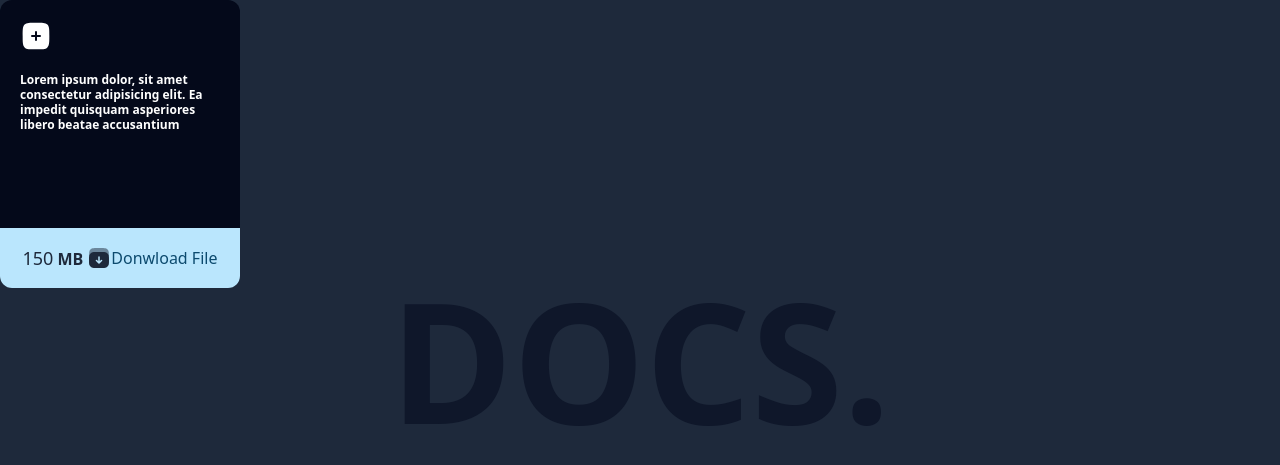
Repository: aliakbarmotallebi/framer-react
Page: /
An editor plug-in stored every save of this project. The page is shown before and after the next save, followed by the edit.
The browser window is 1280 px wide. The pictures show the whole page.
The project was rebuilt for these pictures with package versions that can differ from the ones it lists, and the page was loaded fresh each time.

Above is the page before, as saved 2024-08-14 22:30:28.

### src/App.js
import React from "react";
import Background from "./components/Background";
import Card from "./components/Card";

function App() {
  return (
    <div className="relative h-screen w-full bg-slate-800">
      <Background />
      <Card />
    </div>
  );
}

export default App;

### src/components/Background.jsx
import React from "react";

function Background() {
    return <h1 className="absolute left-1/2 top-1/2 -translate-x-[50%] -translate-y-[50%] text-[13vw] font-semibold text-slate-900">
    DOCS.
  </h1>
}

export default Background;

### src/components/Card.jsx
import React, { Component } from 'react';

class Card extends Component {
    render() {
        return (
            <div className="w-60 h-72 rounded-xl bg-slate-950/90 p-5 text-white relative overflow-hidden">
                <svg xmlns="http://www.w3.org/2000/svg" className="w-8 h-8" viewBox="0 0 24 24"><path fill="currentColor" fill-rule="evenodd" d="M12 22c-4.714 0-7.071 0-8.536-1.465C2 19.072 2 16.714 2 12s0-7.071 1.464-8.536C4.93 2 7.286 2 12 2s7.071 0 8.535 1.464C22 4.93 22 7.286 22 12s0 7.071-1.465 8.535C19.072 22 16.714 22 12 22m0-13.75a.75.75 0 0 1 .75.75v2.25H15a.75.75 0 0 1 0 1.5h-2.25V15a.75.75 0 0 1-1.5 0v-2.25H9a.75.75 0 0 1 0-1.5h2.25V9a.75.75 0 0 1 .75-.75" clip-rule="evenodd"/></svg>
                <p className="text-xs leading-tight mt-5 font-semibold">
                    Lorem ipsum dolor, sit amet consectetur adipisicing elit. Ea impedit quisquam asperiores libero beatae accusantium
                </p>

                <div className="footer absolute bottom-0 bg-sky-200 w-full py-2 left-0 text-center">
                    <button className="text-sky-900 p-2 font-medium">
                        <div className="flex justify-between items-center w-full px-2">
                            <p className="text-slate-800 text-lg">
                                150
                                <span className="font-bold px-1 text-base">
                                    MB
                                </span>
                            </p>
                            <svg xmlns="http://www.w3.org/2000/svg" className="w-6 h-6 text-slate-800 " viewBox="0 0 24 24"><path fill="currentColor" d="M12 2c4.713 0 7.07 0 8.535 1.464c.757.758 1.123 1.754 1.3 3.192V10H2.164V6.656c.176-1.438.541-2.434 1.299-3.192C4.928 2 7.285 2 11.999 2" opacity="0.5"/><path fill="currentColor" fill-rule="evenodd" d="M2 14c0-2.8 0-4.2.545-5.27A5 5 0 0 1 4.73 6.545C5.8 6 7.2 6 10 6h4c2.8 0 4.2 0 5.27.545a5 5 0 0 1 2.185 2.185C22 9.8 22 11.2 22 14s0 4.2-.545 5.27a5 5 0 0 1-2.185 2.185C18.2 22 16.8 22 14 22h-4c-2.8 0-4.2 0-5.27-.545a5 5 0 0 1-2.185-2.185C2 18.2 2 16.8 2 14m10.75-3a.75.75 0 0 0-1.5 0v4.19l-1.22-1.22a.75.75 0 1 0-1.06 1.06l2.5 2.5a.75.75 0 0 0 1.06 0l2.5-2.5a.75.75 0 1 0-1.06-1.06l-1.22 1.22z" clip-rule="evenodd"/></svg>
                            Donwload File
                        </div>
                    </button>
                </div>
            </div>
        );
    }
}

export default Card;

Loaded but not shown: public/index.html (common file); src/index.js (common file); src/index.css (common file); tailwind.config.js (common file)

After the next save:
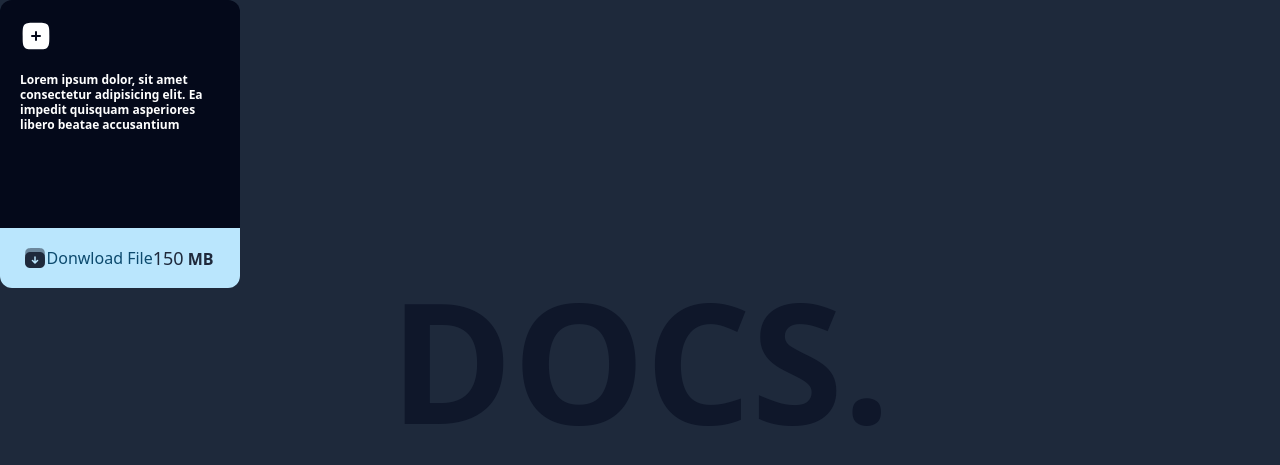
Saved 34 s later.
--- a/src/components/Card.jsx
+++ b/src/components/Card.jsx
@@ -11,16 +11,16 @@ class Card extends Component {
 
                 <div className="footer absolute bottom-0 bg-sky-200 w-full py-2 left-0 text-center">
                     <button className="text-sky-900 p-2 font-medium">
-                        <div className="flex justify-between items-center w-full px-2">
-                            <p className="text-slate-800 text-lg">
-                                150
-                                <span className="font-bold px-1 text-base">
-                                    MB
-                                </span>
-                            </p>
-                            <svg xmlns="http://www.w3.org/2000/svg" className="w-6 h-6 text-slate-800 " viewBox="0 0 24 24"><path fill="currentColor" d="M12 2c4.713 0 7.07 0 8.535 1.464c.757.758 1.123 1.754 1.3 3.192V10H2.164V6.656c.176-1.438.541-2.434 1.299-3.192C4.928 2 7.285 2 11.999 2" opacity="0.5"/><path fill="currentColor" fill-rule="evenodd" d="M2 14c0-2.8 0-4.2.545-5.27A5 5 0 0 1 4.73 6.545C5.8 6 7.2 6 10 6h4c2.8 0 4.2 0 5.27.545a5 5 0 0 1 2.185 2.185C22 9.8 22 11.2 22 14s0 4.2-.545 5.27a5 5 0 0 1-2.185 2.185C18.2 22 16.8 22 14 22h-4c-2.8 0-4.2 0-5.27-.545a5 5 0 0 1-2.185-2.185C2 18.2 2 16.8 2 14m10.75-3a.75.75 0 0 0-1.5 0v4.19l-1.22-1.22a.75.75 0 1 0-1.06 1.06l2.5 2.5a.75.75 0 0 0 1.06 0l2.5-2.5a.75.75 0 1 0-1.06-1.06l-1.22 1.22z" clip-rule="evenodd"/></svg>
-                            Donwload File
-                        </div>
+                    <div className="flex justify-between items-center w-full px-2">
+                        <svg xmlns="http://www.w3.org/2000/svg" className="w-6 h-6 text-slate-800 " viewBox="0 0 24 24"><path fill="currentColor" d="M12 2c4.713 0 7.07 0 8.535 1.464c.757.758 1.123 1.754 1.3 3.192V10H2.164V6.656c.176-1.438.541-2.434 1.299-3.192C4.928 2 7.285 2 11.999 2" opacity="0.5"/><path fill="currentColor" fill-rule="evenodd" d="M2 14c0-2.8 0-4.2.545-5.27A5 5 0 0 1 4.73 6.545C5.8 6 7.2 6 10 6h4c2.8 0 4.2 0 5.27.545a5 5 0 0 1 2.185 2.185C22 9.8 22 11.2 22 14s0 4.2-.545 5.27a5 5 0 0 1-2.185 2.185C18.2 22 16.8 22 14 22h-4c-2.8 0-4.2 0-5.27-.545a5 5 0 0 1-2.185-2.185C2 18.2 2 16.8 2 14m10.75-3a.75.75 0 0 0-1.5 0v4.19l-1.22-1.22a.75.75 0 1 0-1.06 1.06l2.5 2.5a.75.75 0 0 0 1.06 0l2.5-2.5a.75.75 0 1 0-1.06-1.06l-1.22 1.22z" clip-rule="evenodd"/></svg>
+                        Donwload File
+                        <p className="text-slate-800 text-lg">
+                            150
+                            <span className="font-bold px-1 text-base">
+                                MB
+                            </span>
+                        </p>
+                    </div>
                     </button>
                 </div>
             </div>
